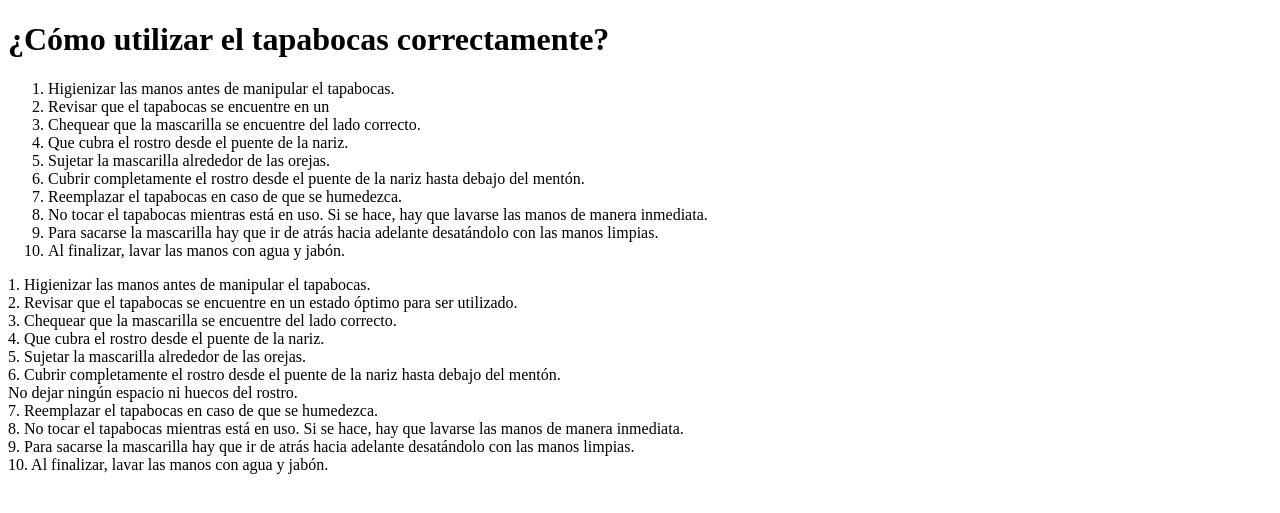
Repository: gustavomanfre/Curso_Front_End_Digitalers
Page: Unidad1/M1 - Laboratorio_01/index.html
The author's editor kept a copy of each file at every save. The page is drawn from the files as they stood at one save, then again after the next save.
The browser window is 1280 px wide. The pictures show the whole page.

Above is the page before, as saved 2022-05-25 18:23:30.

After the next save:
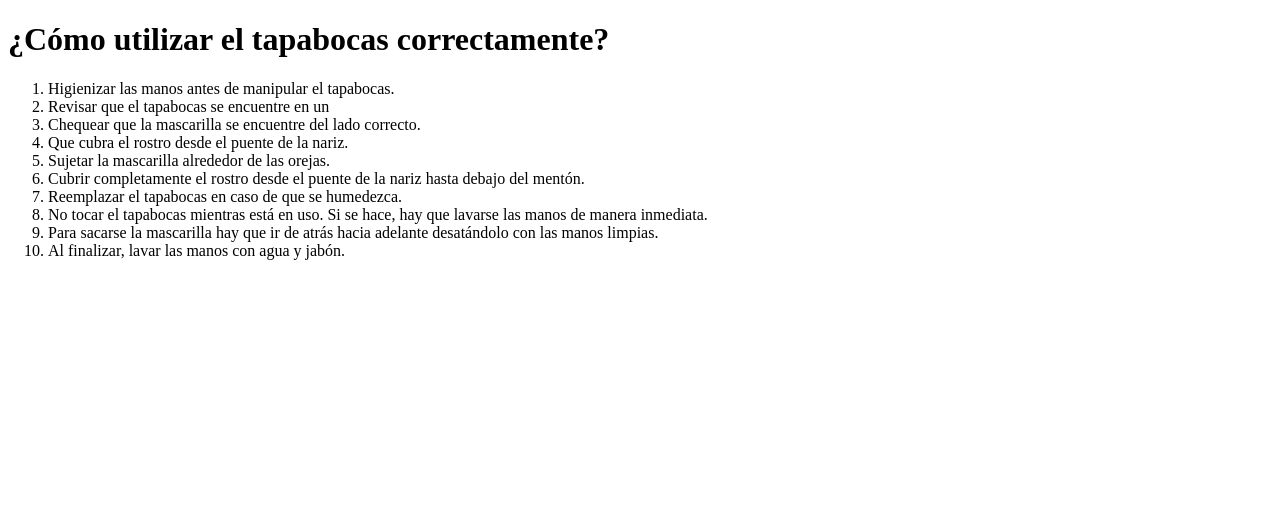
Saved 4 s later.
--- a/Unidad1/M1 - Laboratorio_01/index.html
+++ b/Unidad1/M1 - Laboratorio_01/index.html
@@ -23,17 +23,6 @@
             <li>Al finalizar, lavar las manos con agua y jabón.</li>
         </ol>
 
-        1. Higienizar las manos antes de manipular el tapabocas.<br>
-        2. Revisar que el tapabocas se encuentre en un estado óptimo para ser utilizado.<br>
-        3. Chequear que la mascarilla se encuentre del lado correcto.<br>
-        4. Que cubra el rostro desde el puente de la nariz.<br>
-        5. Sujetar la mascarilla alrededor de las orejas.<br>
-        6. Cubrir completamente el rostro desde el puente de la nariz hasta debajo del mentón.<br>
-        No dejar ningún espacio ni huecos del rostro.<br>
-        7. Reemplazar el tapabocas en caso de que se humedezca.<br>
-        8. No tocar el tapabocas mientras está en uso. Si se hace, hay que lavarse las manos de manera inmediata.<br>
-        9. Para sacarse la mascarilla hay que ir de atrás hacia adelante desatándolo con las manos limpias.<br>
-        10. Al finalizar, lavar las manos con agua y jabón.<br>
     </p>
 
 </body>
